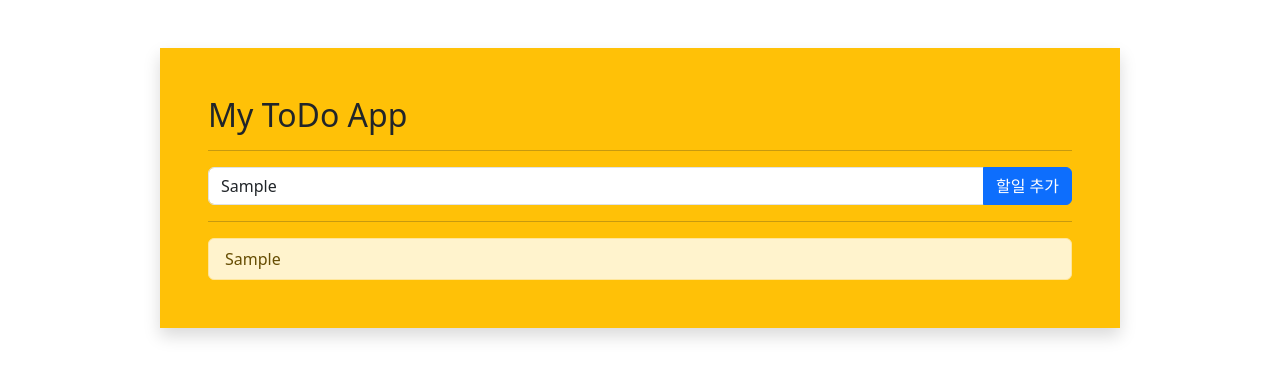
Repository: gold9387/jwbook
Page: jwbook/src/main/webapp/ch03/todoapp.html
An editor plug-in stored every save of this project. The page is shown before and after the next save, followed by the edit.
The browser window is 1280 px wide. The pictures show the whole page.
Empty fields were first filled with sample values (such as "Sample", 5 or name@example.com).
After loading, the first visible `button.btn` was clicked once.

Above is the page before, as saved 2023-06-05 11:56:06.

After the next save:
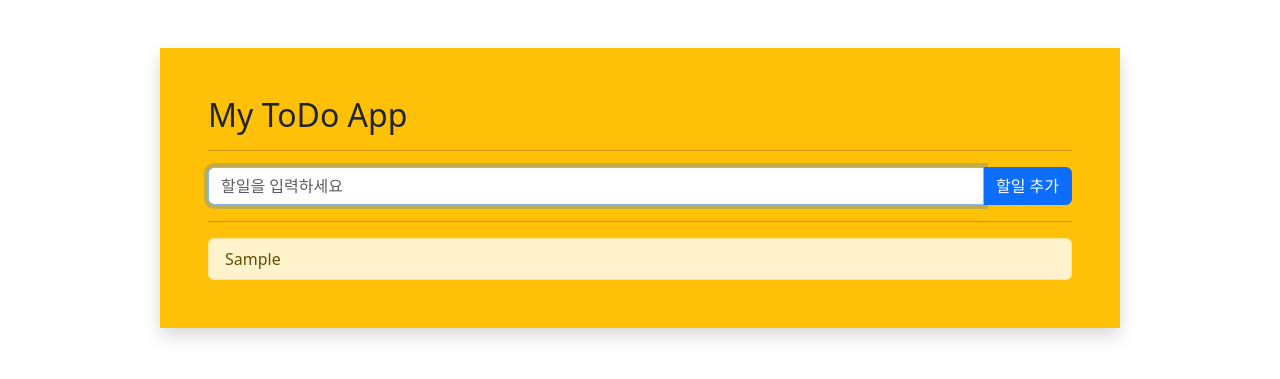
Saved 56 s later.
--- a/jwbook/src/main/webapp/ch03/todoapp.html
+++ b/jwbook/src/main/webapp/ch03/todoapp.html
@@ -15,7 +15,10 @@
 			let listitem = document.createElement("li");
 			listitem.className = "d-flex list-group-item list-group-item-action list-group-item-warning";
 			listitem.innerText = todo.value;
-			list.appendChild(listitem);
+			list.appendChild(listitem); /* ul 요소에 li 요소 추가 */
+			/* 입력칸 비우기 및 포커스 이동 */
+			todo.value = "";
+			todo.focus();
 		}
 	</script>
 </head>
